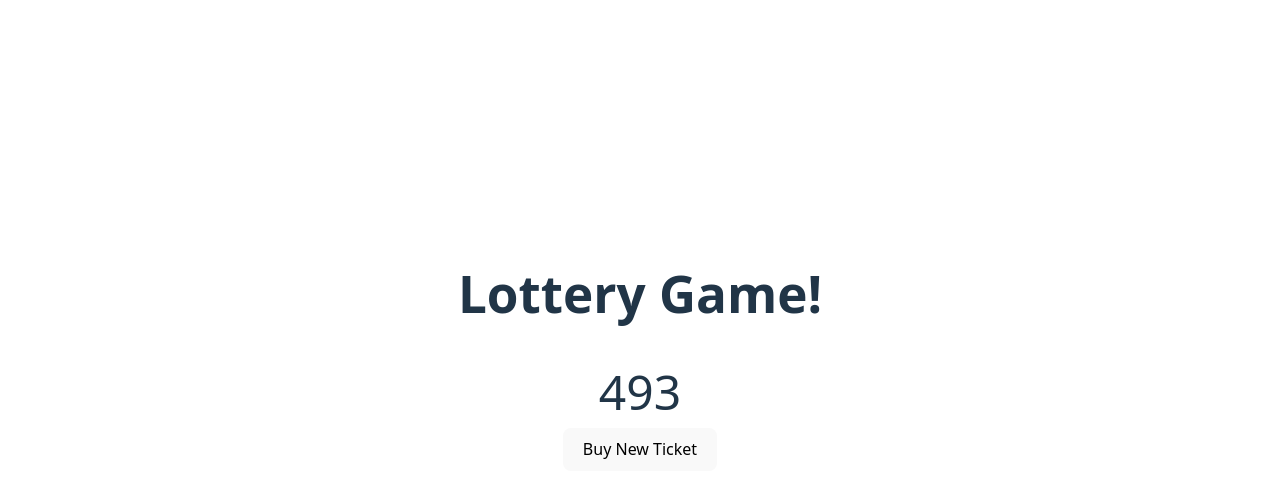
Repository: Ravikumar7210/Web_workspace
Page: / (app in React_Projects/Lottery/)
An editor plug-in stored every save of this project. The page is shown before and after the next save, followed by the edit.
The browser window is 1280 px wide. The pictures show the whole page.
The project was rebuilt for these pictures with package versions that can differ from the ones it lists, and the page was loaded fresh each time. Also part of the build but not shown: React_Projects/Lottery/vite.config.js.

Above is the page before, as saved 2025-04-07 17:59:15.

### React_Projects/Lottery/src/App.jsx

import Lottery from './Lottery'
import './App.css';

function App() {

  return (
    <>
    <Lottery/>
  </>
  );

}
export default App

### React_Projects/Lottery/src/Lottery.jsx
import {useState} from 'react';
import { genTicket, sum } from './helper';
import Ticket from "./Ticket"
export default  function Lottery({n =3,winningSum=15}) {

let [ticket, setTicket] = useState(genTicket(n));
let isWinning = sum(ticket) === winningSum;

let buyTicket = () => {
    setTicket(genTicket(n));
} ;

return (
<div>
 <h1>Lottery Game!</h1>
   <Ticket ticket={ticket}/>
  <button onClick={buyTicket}>Buy New Ticket </button>
  <h3> {isWinning && "Congratulations, You won!"}</h3>
</div>
);

}

### React_Projects/Lottery/src/helper.js
function genTicket(n){
    let arr = new Array(n);
    for (let i= 0; i<n; i++){
        arr[i]= Math.floor(Math.random() * 10);
       }
       return arr;
}

function sum(arr){
 return arr.reduce((sum, curr) => sum + curr , 0);
}

export {genTicket, sum};

### React_Projects/Lottery/src/Ticket.jsx
import TicketNum from "./TicketNum";
import "./Ticket.css"

export default function Ticket({ticket}) {

    return (
        <div>
        {ticket.map ((num, idx) =>(
            <TicketNum num={num} key={idx}/>
        ))}
        </div>
        );
}

### React_Projects/Lottery/src/TicketNum.jsx
import "./TicketNum.css"
export default function TicketNum({num}) {
    return (<span className="TicketNum">{num}</span>)
}

### React_Projects/Lottery/src/TicketNum.css
.TicketNum {
    font-size: 3rem;

}

### React_Projects/Lottery/src/Ticket.css
.Ticket {
    border: 1px solid pink;
    border-radius: 14px;
}

Loaded but not shown: React_Projects/Lottery/index.html (common file); React_Projects/Lottery/src/main.jsx (common file); React_Projects/Lottery/src/index.css (common file); React_Projects/Lottery/src/App.css (common file)

After the next save:
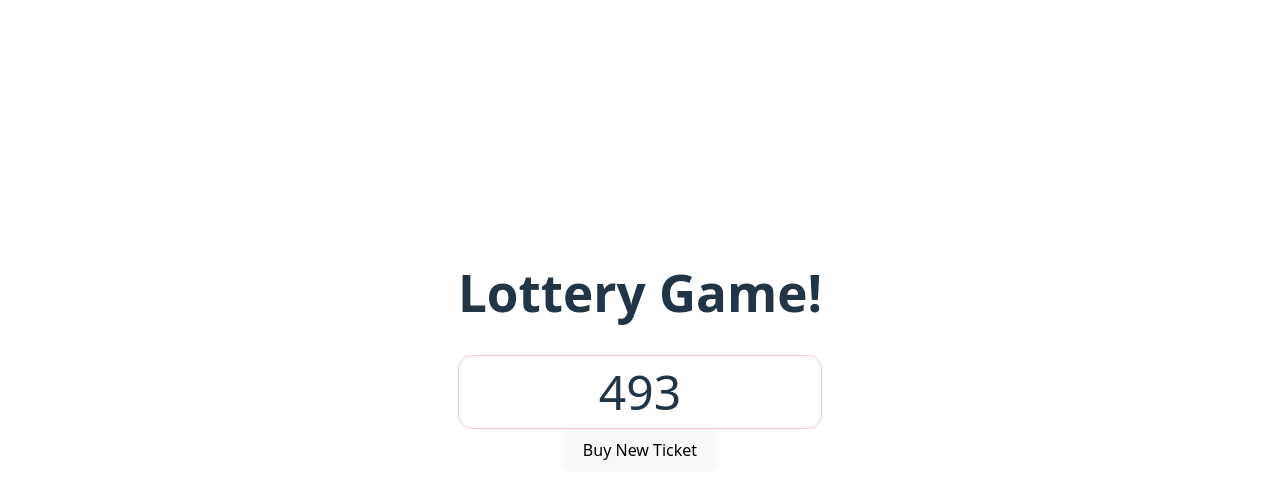
Saved 55 s later.
--- a/React_Projects/Lottery/src/Ticket.jsx
+++ b/React_Projects/Lottery/src/Ticket.jsx
@@ -4,7 +4,7 @@ import "./Ticket.css"
 export default function Ticket({ticket}) {
 
     return (
-        <div>
+        <div className="Ticket">
         {ticket.map ((num, idx) =>(
             <TicketNum num={num} key={idx}/>
         ))}
